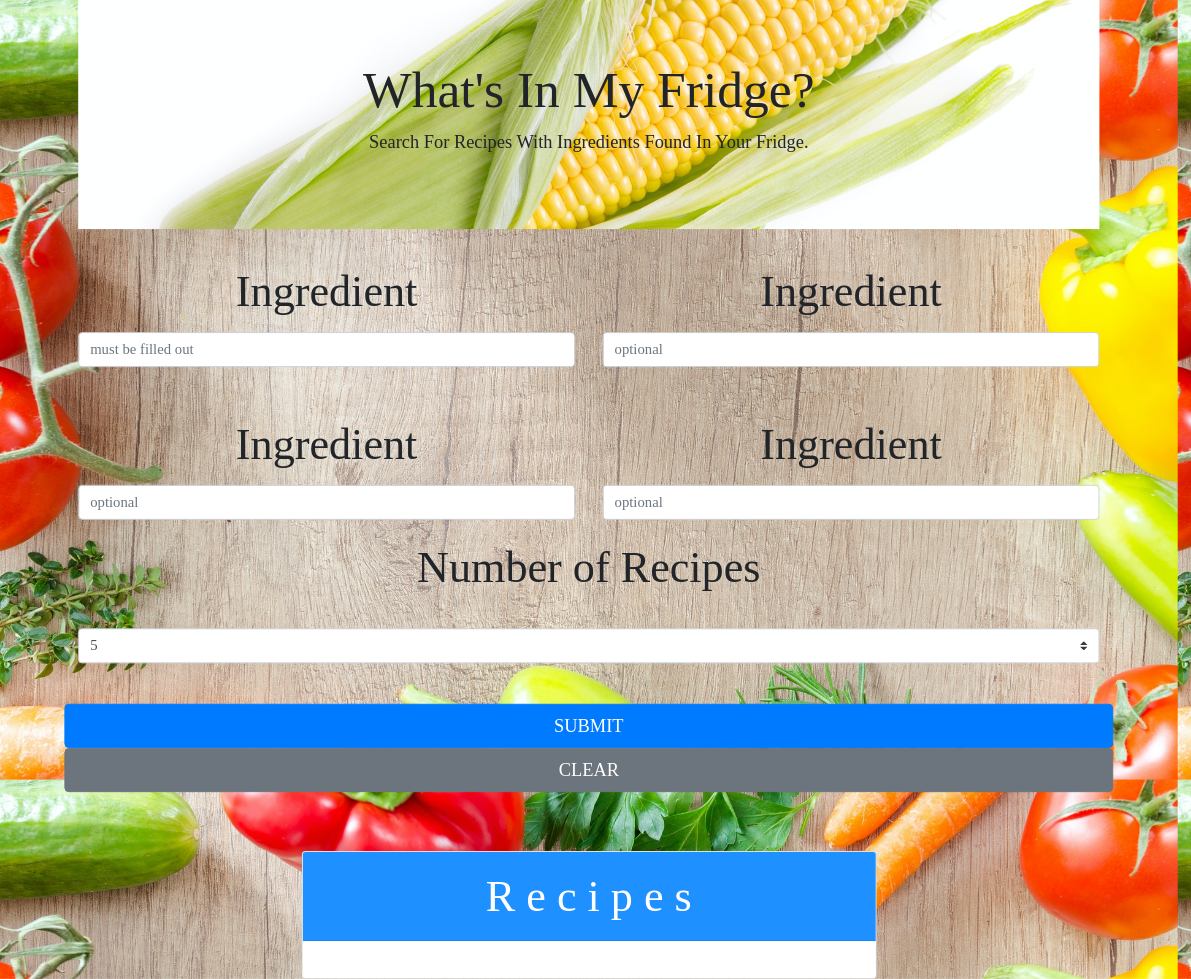
Repository: ogipajic/Recipe_API
Page: index.html
These files come from the project's save history. The page is drawn as it stood at one moment and after the next save; the edit follows.
The browser window is 1280 px wide. The page is 1295 px wide, so the pictures cover 1295 px, including what lies to the right of the window. The pictures show the whole page, at 92% of full size.
Backgrounds fixed to the window are drawn as part of the page. Some web fonts or font styles are not loaded; a fallback is used.

Above is the page before, as saved 2020-07-12 23:25:50.
Console error: SyntaxError: Unexpected end of input

After the next save:
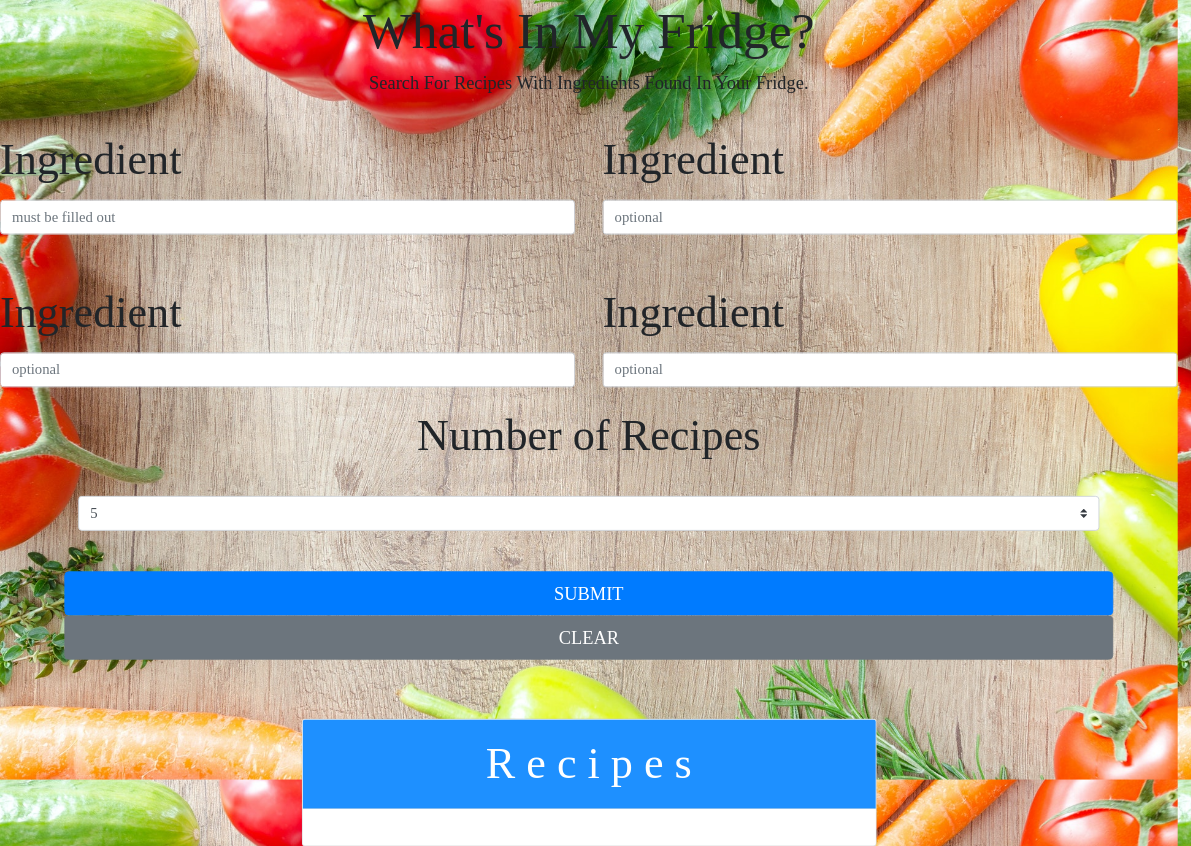
Saved 13 h 55 min later.
--- a/index.html
+++ b/index.html
@@ -28,11 +28,9 @@
 </head>
 <body>
     <div class="container">
-        <div class="jumbotron jumbotron-fluid">
-            <div class="img"></div>
-            <div class="container">
-              <h1 class="display-4">What's In My Fridge?</h1>
-              <p class="lead">Search For Recipes With Ingredients Found In Your Fridge.</p>
+
+      <h1 class="display-4">What's In My Fridge?</h1>
+      <p class="lead">Search For Recipes With Ingredients Found In Your Fridge.</p>
             </div>
           </div>
 
